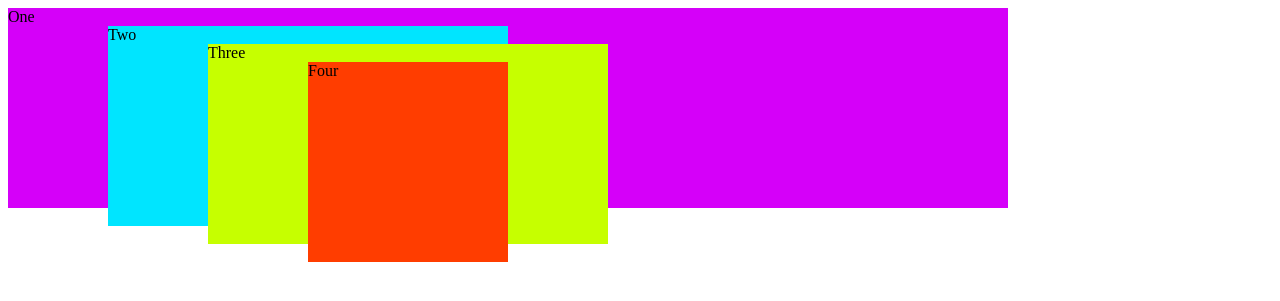
Repository: LavriaNeptune/css-basic
Page: position/z-index.html
The author's editor kept a copy of each file at every save. The page is drawn from the files as they stood at one save, then again after the next save.
The browser window is 1280 px wide. The pictures show the whole page.

Above is the page before, as saved 2022-08-19 20:30:28.

After the next save:
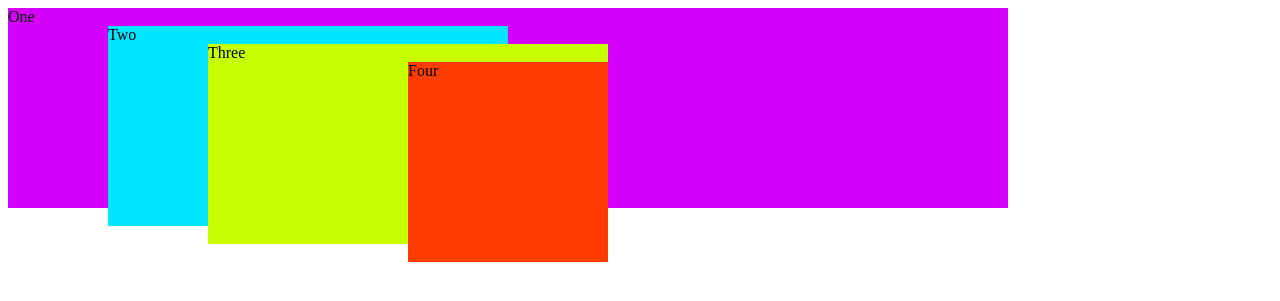
Saved 10 s later.
--- a/position/z-index.html
+++ b/position/z-index.html
@@ -26,7 +26,7 @@
         height: 200px;
         background-color: #ff3d00;
         position: relative;
-        left: 100px;
+        left: 200px;
       }
     </style>
   </body>
